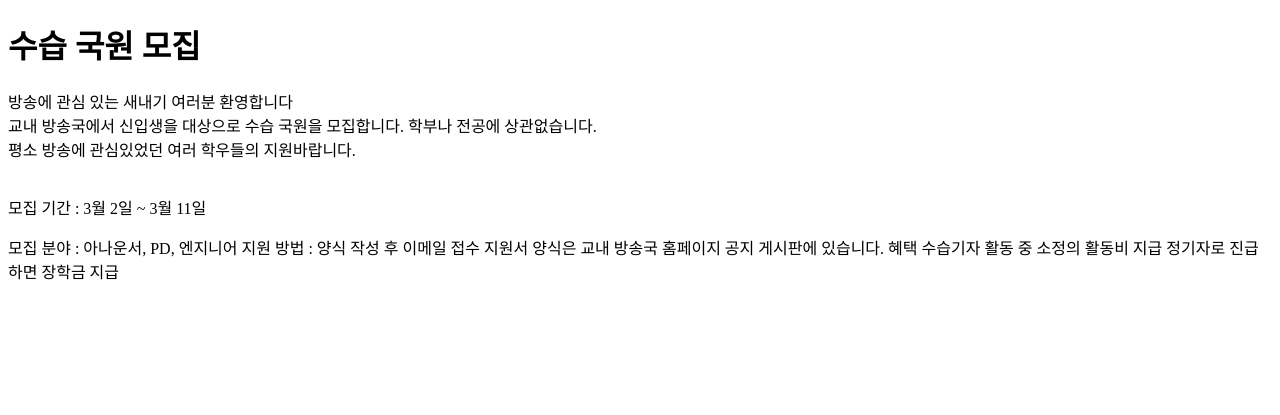
Repository: WonSeungUn/VSCODE
Page: web_work/Html/WebContent/h_mission.html
An editor plug-in stored every save of this project. The page is shown before and after the next save, followed by the edit.
The browser window is 1280 px wide. The pictures show the whole page.

Above is the page before, as saved 2024-07-08 05:08:53.

### web_work/Html/WebContent/h_mission.html
<!DOCTYPE html>
<html>
<head>
<meta charset="UTF-8">
<title>Insert title here</title>
</head>
<body>
<h1>수습 국원 모집</h1>
<div>방송에 관심 있는 새내기 여러분 환영합니다</div>
<div>교내 방송국에서 신입생을 대상으로 수습 국원을 모집합니다. 학부나 전공에 상관없습니다.</div>
<div>평소 방송에 관심있었던 여러 학우들의 지원바랍니다.</div>
<br>

<p>모집 기간 : <time>3월 2일 ~ 3월 11일</time></p>
모집 분야 : 아나운서, PD, 엔지니어
지원 방법 : 양식 작성 후 이메일 접수
지원서 양식은 교내 방송국 홈페이지 공지 게시판에 있습니다.

혜택
수습기자 활동 중 소정의 활동비 지급
정기자로 진급하면 장학금 지급
</body>
</html>

After the next save:
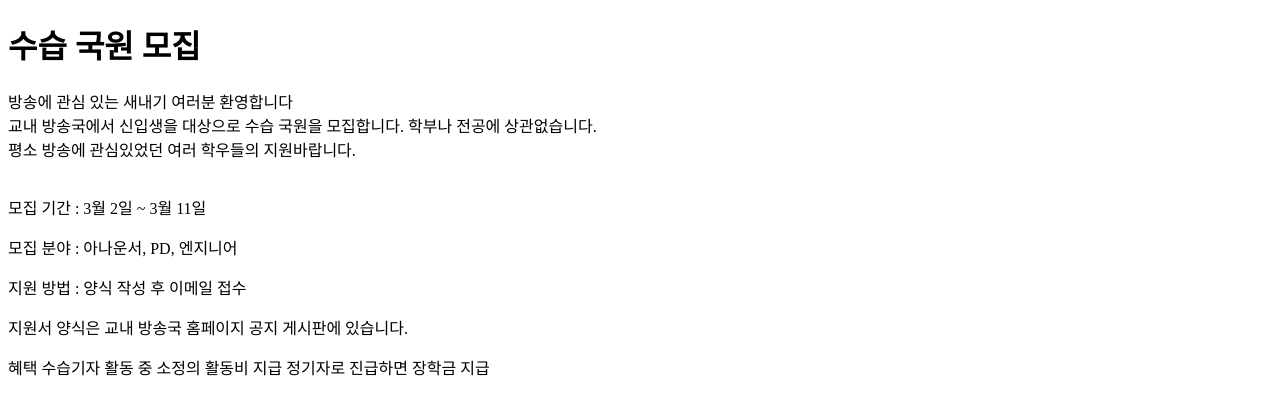
Saved 43 s later.
--- a/web_work/Html/WebContent/h_mission.html
+++ b/web_work/Html/WebContent/h_mission.html
@@ -12,9 +12,9 @@
 <br>
 
 <p>모집 기간 : <time>3월 2일 ~ 3월 11일</time></p>
-모집 분야 : 아나운서, PD, 엔지니어
-지원 방법 : 양식 작성 후 이메일 접수
-지원서 양식은 교내 방송국 홈페이지 공지 게시판에 있습니다.
+<p>모집 분야 : 아나운서, PD, 엔지니어</p>
+<p>지원 방법 : 양식 작성 후 이메일 접수<p>
+<p>지원서 양식은 교내 방송국 홈페이지 공지 게시판에 있습니다.<p>
 
 혜택
 수습기자 활동 중 소정의 활동비 지급
